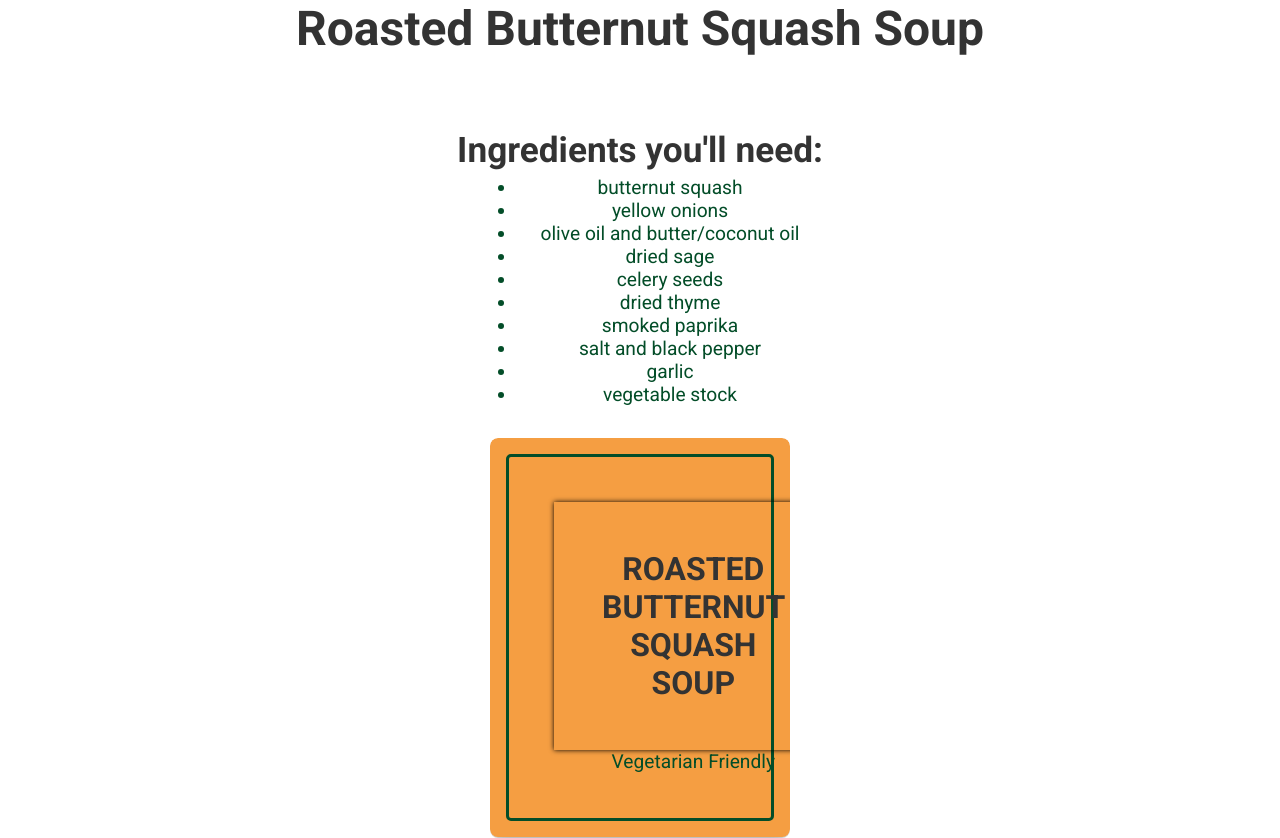
Repository: IDMX225/css-card-flip-LyssaMA
Page: src/index.html
An editor plug-in stored every save of this project. The page is shown before and after the next save, followed by the edit.
The browser window is 1280 px wide. The pictures show the whole page.
The style sheet was rebuilt from its Sass, Less or Tailwind sources for each picture, by a compiler version that may differ from the author's.

Above is the page before, as saved 2024-11-12 20:15:27.
Not found: src/js/index.js

After the next save:
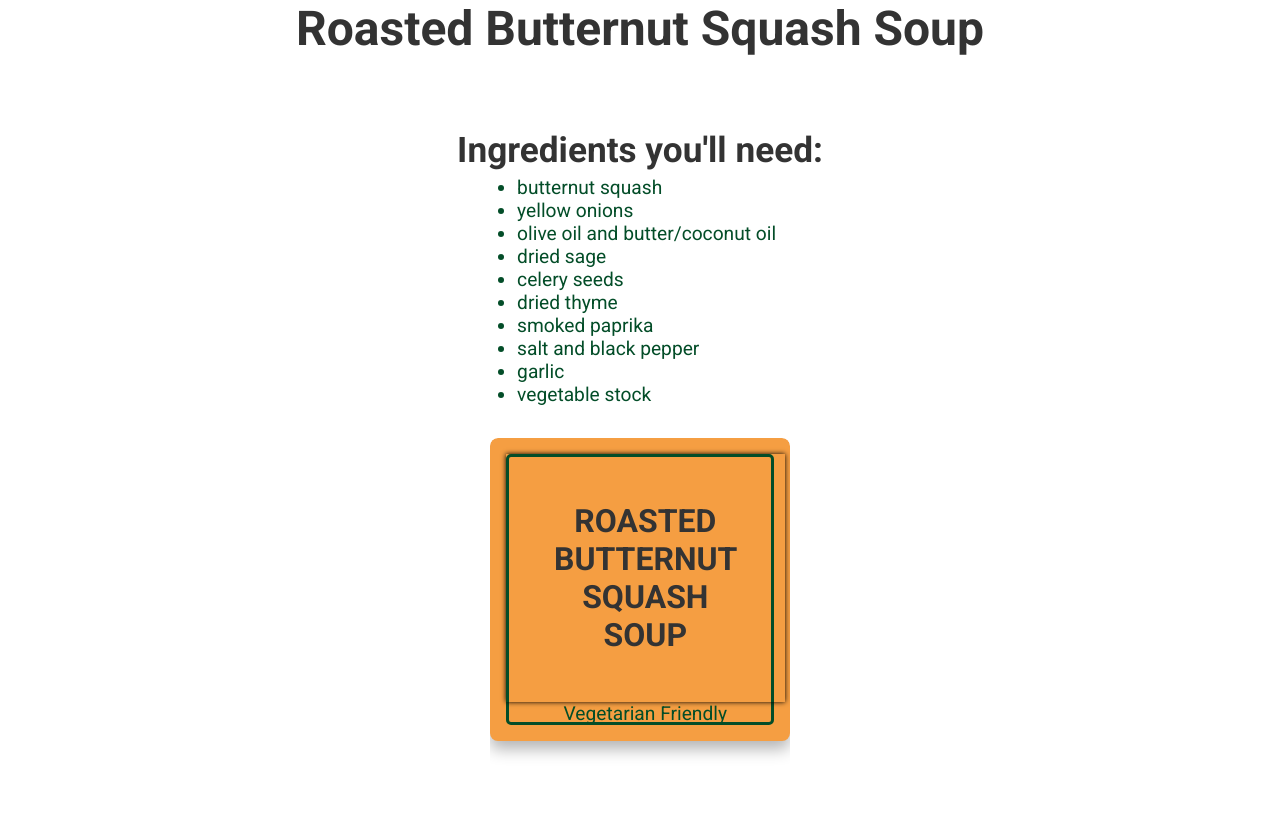
Saved 2 min 12 s later.
--- a/src/sass/main.scss
+++ b/src/sass/main.scss
@@ -40,6 +40,7 @@ body {
   margin-bottom: 2em; /* Space between ingredients and card */
 }
 
+
 .ingredients-heading {
   font-family: var(--font-family);
   font-size: 2.2rem; /* Larger size for "Ingredients you'll need:" */
@@ -49,6 +50,7 @@ body {
 }
 
 .ingredients-list {
+  text-align: left;
   font-family: var(--font-family);
   font-size: 1.2rem; /* Regular size for the list items */
   color: #034d28; /* Dark green color */
@@ -97,7 +99,7 @@ body {
 .card__front {
   background-color: var(--clr);
   color: #034d28; /* Dark green text for contrast */
-  padding: 4em;  /* Add space around the content inside the front of the card */
+  padding: 1em;  /* Add space around the content inside the front of the card */
   border-radius: 8px; /* Match the card's rounded corners */
   box-shadow: 0 8px 16px rgba(0, 0, 0, 0.3); /* Add shadow to front for depth */
   position: relative;
